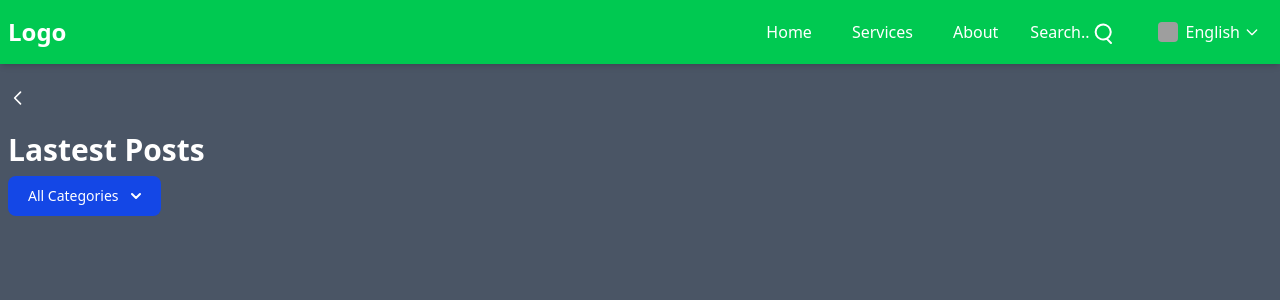
Repository: saroeuntola/we-share
Page: http://localhost/last-post
The author's editor kept a copy of each file at every save. The page is drawn from the files as they stood at one save, then again after the next save.
The browser window is 1280 px wide. The pictures show the whole page.
Pictures or frames that could not be fetched are drawn as grey boxes. The page is run by PHP 8.4 with error messages shown; the project is at /var/www/html/. Style sheets and scripts are compiled from the project's sources, by tool versions that may differ from the author's. Queries for data that is not in the repository find no rows.

Above is the page before, as saved 2025-08-28 19:49:05.

After the next save:
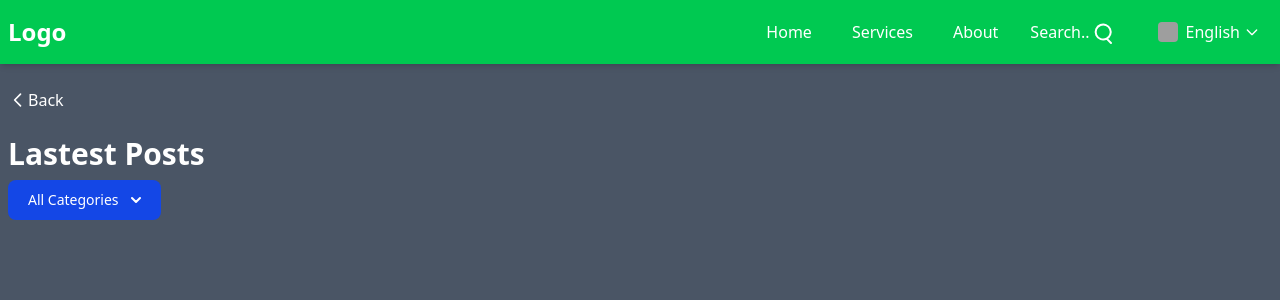
Saved 40 s later.
--- a/last-post.php
+++ b/last-post.php
@@ -68,7 +68,7 @@ usort($allPosts, fn($a, $b) => strtotime($b['created_at']) - strtotime($a['creat
                     viewBox="0 0 24 24" xmlns="http://www.w3.org/2000/svg">
                     <path stroke-linecap="round" stroke-linejoin="round" d="M15 19l-7-7 7-7" />
                 </svg>
-                <?= $lang === 'en' ? '' : 'ត្រឡប់ទៅទំព័រដើម' ?>
+                <?= $lang === 'en' ? 'Back ' : 'ត្រឡប់ទៅទំព័រដើម' ?>
             </a>
             <h1 class="lg:text-3xl text-2xl font-bold text-white">Lastest Posts</h1>
 
